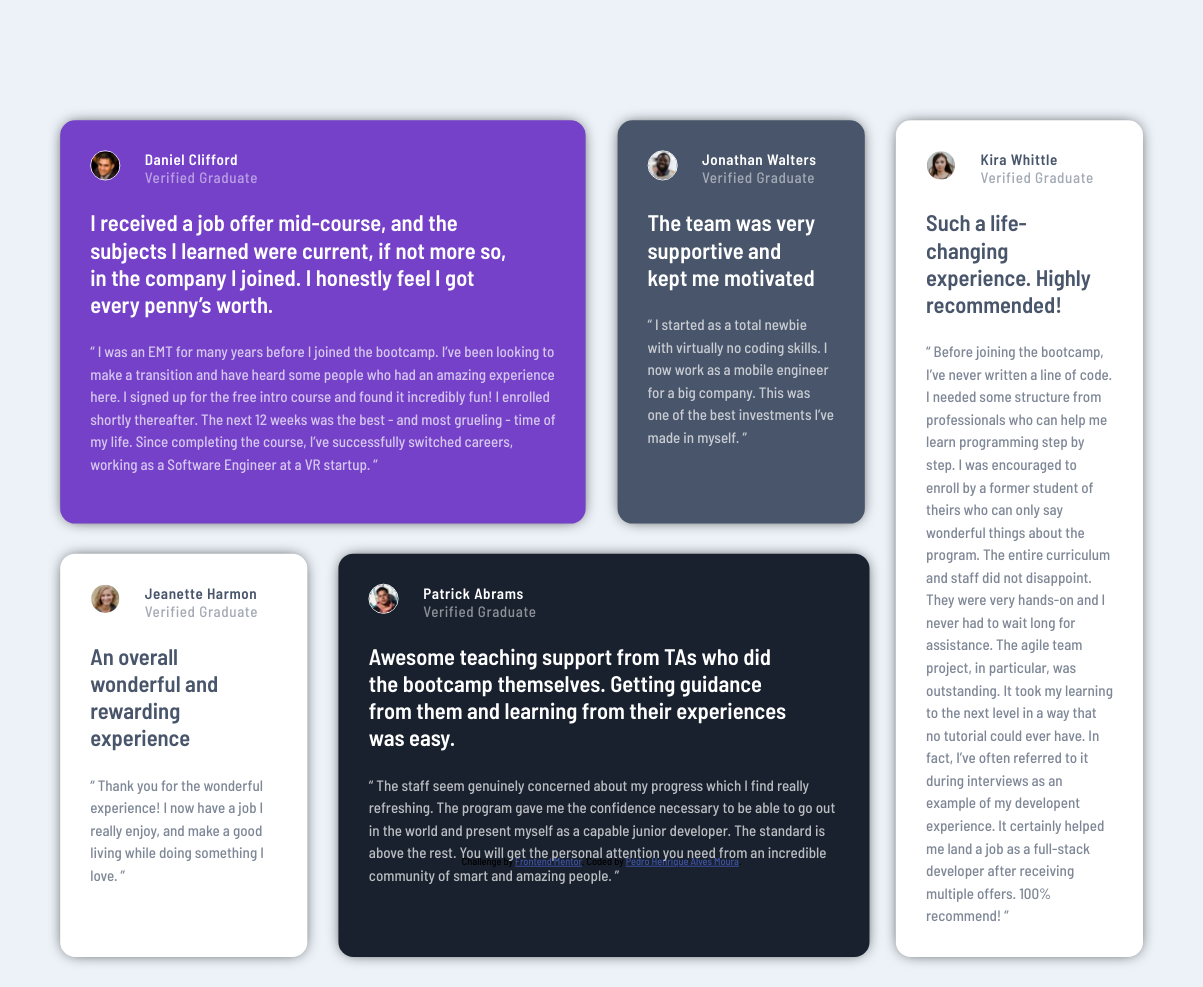
Repository: Pedrohamoura-Git/Frontend-Mentor-Challenges
Page: Junior/testimonials-grid-section-main/index.html
These files come from the project's save history. The page is drawn as it stood at one moment and after a run of saves; the edit follows.
The browser window is 1280 px wide. The pictures show the whole page, at 94% of full size.

Above is the page before, as saved 2021-06-02 10:14:56.

After the next 2 saves:
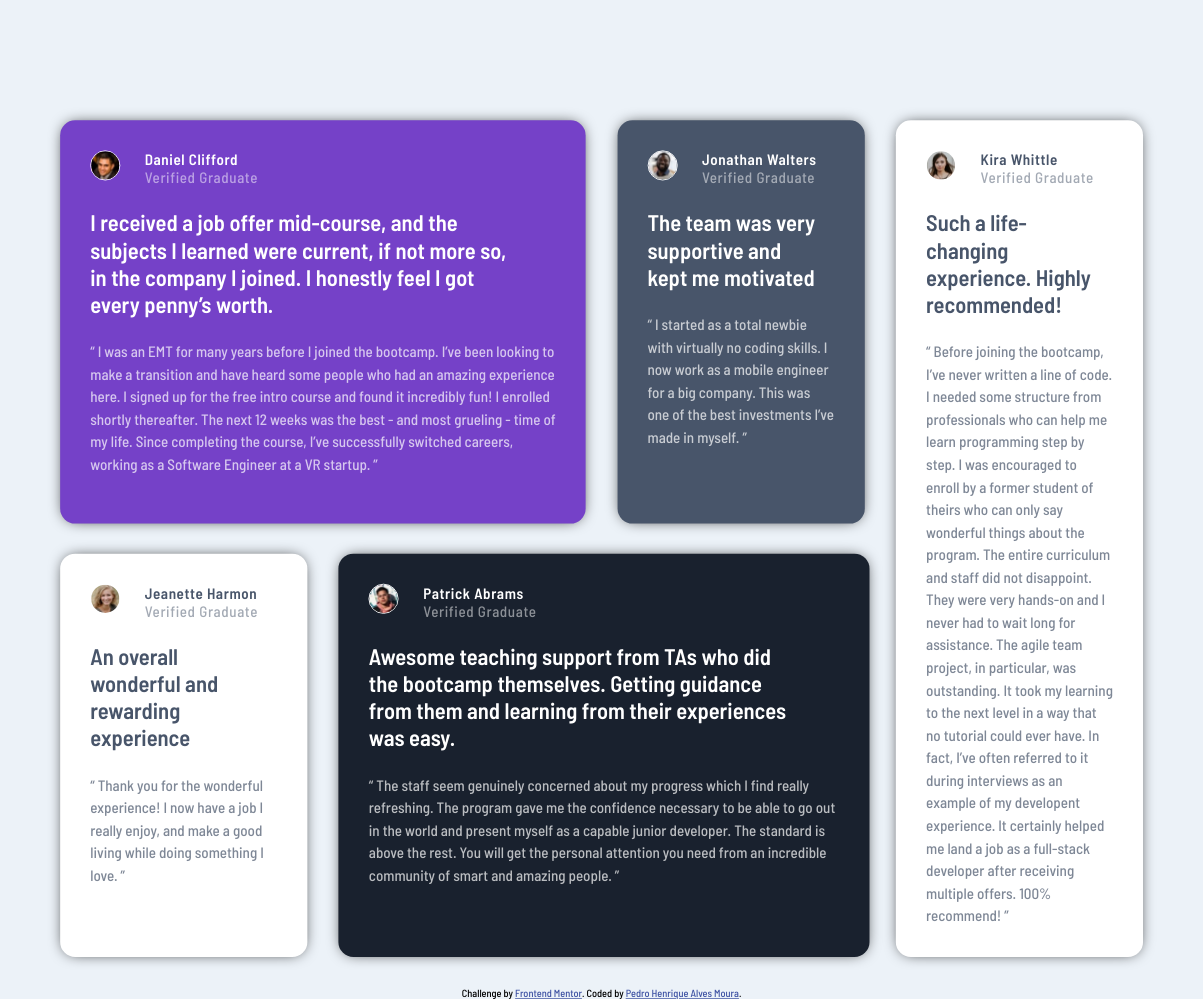
The 2 saves are shown as one change because they came seconds apart.
The last was saved 10 s later.
--- a/Junior/testimonials-grid-section-main/css/style.css
+++ b/Junior/testimonials-grid-section-main/css/style.css
@@ -131,7 +131,7 @@
 ** Format the footer
 */
     footer {
-        margin-top: -21%;
+        margin-top: -10%;
     }
 
 
